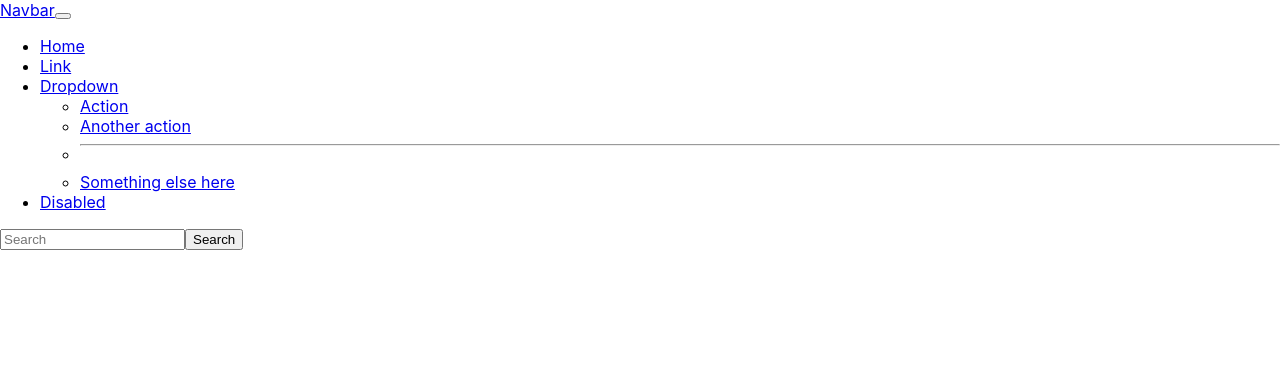
Repository: professorsourabh/news_website_using-ReactJS
Page: /news/Entertainment
These files come from the project's save history. The page is drawn as it stood at one moment and after the next save; the edit follows.
The browser window is 1280 px wide. The pictures show the whole page.
The project was rebuilt for these pictures with package versions that can differ from the ones it lists, and the page was loaded fresh each time. Also part of the build but not shown: src/App.css.

Above is the page before, as saved 2023-05-13 09:45:52.

After the next save:
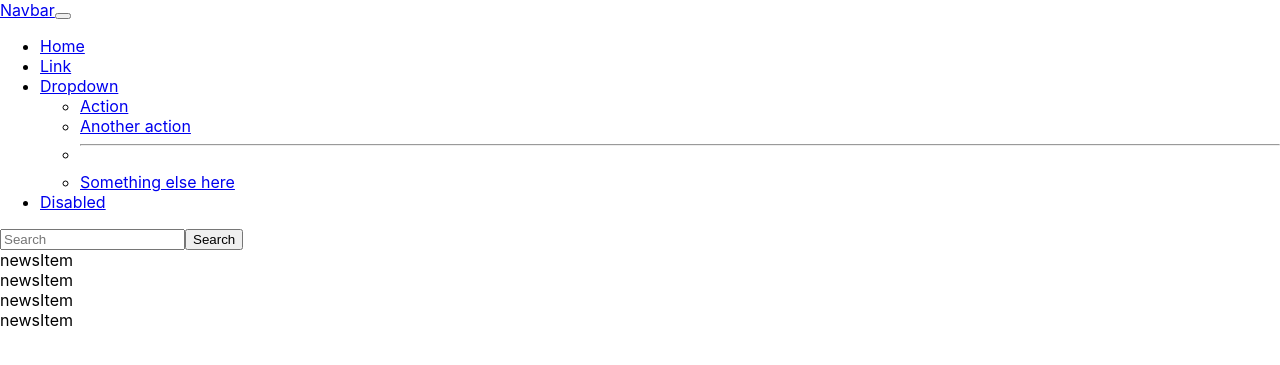
Saved 53 s later.
--- a/src/App.js
+++ b/src/App.js
@@ -2,13 +2,17 @@
 
 import React, { Component } from 'react'
 import NavBar from './Components/NavBar';
-
+import NewsaItem from './Components/NewsaItem';
 export default class App extends Component {
 
   render() {
     return (
       <div>
         <NavBar/>
+         <NewsaItem></NewsaItem>
+         <NewsaItem></NewsaItem>
+         <NewsaItem></NewsaItem>
+         <NewsaItem></NewsaItem>
       </div>
     )
   }
